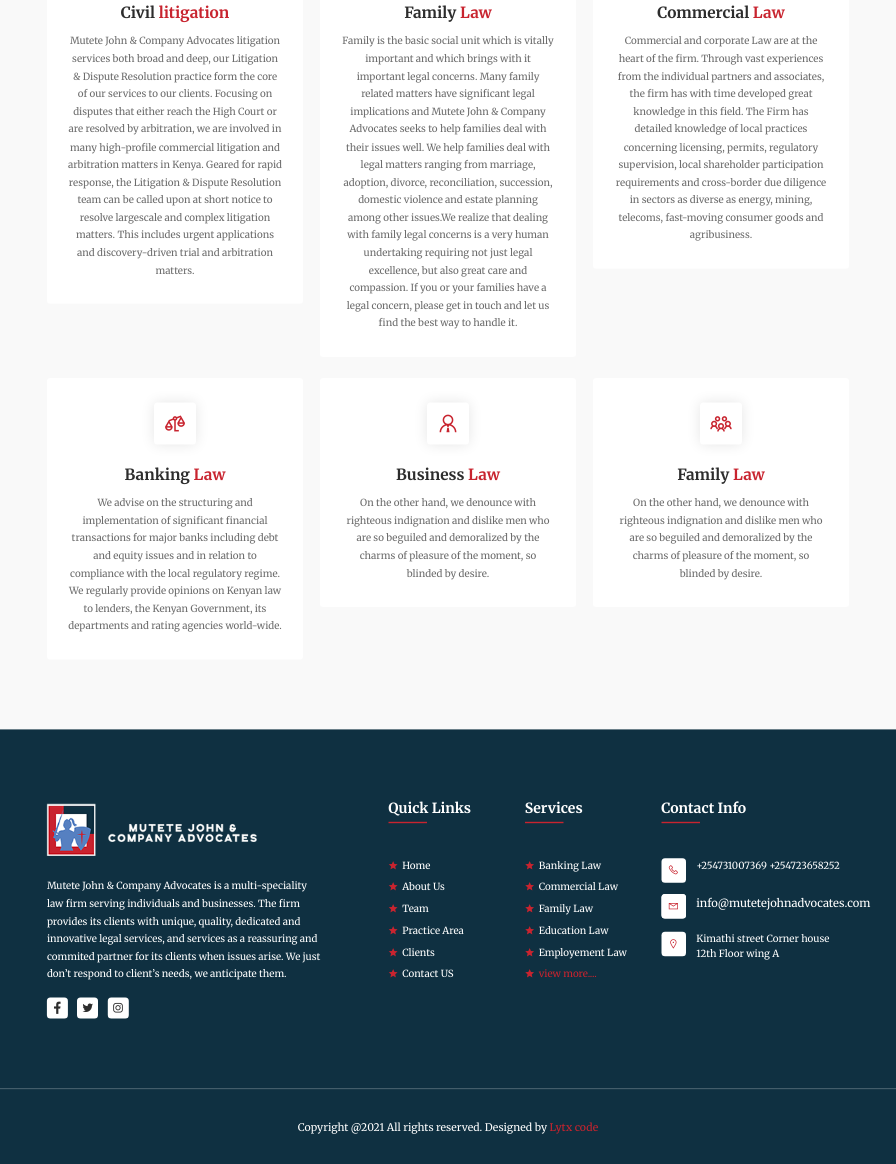
Repository: Samkiroko/mutete_john_website
Page: practice_area.html
An editor plug-in stored every save of this project. The page is shown before and after the next save, followed by the edit.
The browser window is 1280 px wide. The pictures show the part of the page from y = 890 to 2810 px (the page is 2553 px tall before and 2810 px after), at 70% of full size.

Above is the page before, as saved 2021-10-13 15:09:46.

### practice_area.html
<!DOCTYPE html>
<html lang="zxx">

<head>
    <meta charset="UTF-8" />
    <meta name="viewport" content="width=device-width, initial-scale=1.0" />

    <link rel="stylesheet" href="assets/css/bootstrap.min.css" />

    <link rel="stylesheet" href="assets/css/animate.min.css" />

    <link rel="stylesheet" href="assets/css/meanmenu.min.css" />

    <link rel="stylesheet" href="assets/css/line-awesome.min.css" />

    <link rel="stylesheet" href="assets/css/magnific-popup.css" />

    <link rel="stylesheet" href="assets/css/owl.carousel.min.css" />

    <link rel="stylesheet" href="assets/css/owl.theme.default.min.css" />

    <link rel="stylesheet" href="assets/css/odometer.css" />

    <link rel="stylesheet" href="assets/css/style.css" />

    <link rel="stylesheet" href="assets/css/responsive.css" />

    <link rel="apple-touch-icon" sizes="180x180" href="/apple-touch-icon.png" />
    <link rel="icon" type="image/png" sizes="32x32" href="/favicon-32x32.png" />
    <link rel="icon" type="image/png" sizes="16x16" href="/favicon-16x16.png" />
    <link rel="manifest" href="/site.webmanifest" />

    <title>MUTETE JOHN & COMPANY ADVOCATES</title>
</head>

<body>
    <!-- <div class="preloader">
        <div class="d-table">
            <div class="d-table-cell">
                <div class="lds-hourglass"></div>
            </div>
        </div>
    </div> -->

    <header class="header-area">
        <div class="top-header">
            <div class="container">
                <div class="row align-items-center">
                    <div class="col-lg-8 col-sm-8">
                        <ul class="left-info">
                            <li>
                                <a href="mailto:info@mutetejohnadvocates.com">
                                    <i class="las la-envelope"></i>
                                    <span class="__cf_email__">info@mutetejohnadvocates.com</span>
                                </a>
                            </li>
                            <li>
                                <a href="tel:+254731007369"> <i class="las la-phone"></i> +254731007369 </a>/
                                <a href="tel:+254723658252">+254723658252</a>
                            </li>
                        </ul>
                    </div>
                    <div class="col-lg-4 col-sm-4">
                        <ul class="right-info">
                            <li>
                                <a href="#" target="_blank">
                                    <i class="lab la-facebook-f"></i>
                                </a>
                            </li>
                            <li>
                                <a href="#" target="_blank">
                                    <i class="lab la-twitter"></i>
                                </a>
                            </li>
                            <li>
                                <a href="#" target="_blank">
                                    <i class="lab la-instagram"></i>
                                </a>
                            </li>
                            <li>
                                <a href="#" target="_blank">
                                    <i class="lab la-google-plus"></i>
                                </a>
                            </li>
                            <li class="heder-btn">
                                <a href="contact.html">Get A Schedule</a>
                            </li>
                        </ul>
                    </div>
                </div>
            </div>
        </div>

        <div class="navbar-area">
            <div class="atorn-responsive-nav">
                <div class="container">
                    <div class="atorn-responsive-menu">
                        <div class="logo">
                            <a href="index.html">
                                <img src="assets/img/logo.png" alt="logo" />
                            </a>
                        </div>
                    </div>
                </div>
            </div>
            <div class="atorn-nav">
                <div class="container">
                    <nav class="navbar navbar-expand-md navbar-light">
                        <a class="navbar-brand" href="index.html">
                            <img src="assets/img/logo.png" alt="logo" />
                        </a>
                        <div class="collapse navbar-collapse mean-menu">
                            <ul class="navbar-nav ms-auto">
                                <li class="nav-item">
                                    <a href="index.html" class="nav-link"> Home </a>
                                </li>
                                <li class="nav-item">
                                    <a href="about.html" class="nav-link"> About Us </a>
                                </li>
                                <li class="nav-item">
                                    <a href="team.html" class="nav-link"> Team </a>
                                </li>
                                <li class="nav-item active">
                                    <a href="practice_area.html" class="nav-link"> Practice area </a>
                                </li>

                                <li class="nav-item">
                                    <a href="clients.html" class="nav-link"> Clients </a>
                                </li>
                                <li class="nav-item">
                                    <a href="contact.html" class="nav-link"> Contact us </a>
                                </li>
                            </ul>
                        </div>
                    </nav>
                </div>
            </div>
        </div>
    </header>

    <div class="page-banner bg-1">
        <div class="d-table">
            <div class="d-table-cell">
                <div class="container">
                    <div class="page-content">
                        <h2>Services</h2>
                        <ul>
                            <li>
                                <a href="index.html">Home <i class="las la-angle-right"></i></a>
                            </li>
                            <li>Services</li>
                        </ul>
                    </div>
                </div>
            </div>
        </div>
    </div>

    <div class="our-service-area pt-100 pb-70">
        <div class="container">
            <div class="section-title">
                <span>Our Services</span>
                <h2>We Are Providing <span> Top Services</span> With Excellent Performance</h2>
            </div>
            <div class="row">
                <div class="col-lg-4 col-sm-6">
                    <div class="our-service-card">
                        <i class="las la-city"></i>
                        <h3>Civil<span> litigation</span></h3>
                        <p>
                            Mutete John & Company Advocates litigation services both broad and deep, our Litigation & Dispute Resolution practice form the core of our services to our clients. Focusing on disputes that either reach the High Court or are resolved by arbitration, we
                            are involved in many high-profile commercial litigation and arbitration matters in Kenya. Geared for rapid response, the Litigation & Dispute Resolution team can be called upon at short notice to resolve largescale and complex
                            litigation matters. This includes urgent applications and discovery-driven trial and arbitration matters.
                        </p>
                    </div>
                </div>
                <div class="col-lg-4 col-sm-6">
                    <div class="our-service-card">
                        <i class="las la-balance-scale"></i>
                        <h3>Family<span> Law</span></h3>
                        <p>
                            Family is the basic social unit which is vitally important and which brings with it important legal concerns. Many family related matters have significant legal implications and Mutete John & Company Advocates seeks to help families deal with their issues
                            well. We help families deal with legal matters ranging from marriage, adoption, divorce, reconciliation, succession, domestic violence and estate planning among other issues.We realize that dealing with family legal concerns
                            is a very human undertaking requiring not just legal excellence, but also great care and compassion. If you or your families have a legal concern, please get in touch and let us find the best way to handle it.
                        </p>
                    </div>
                </div>
                <div class="col-lg-4 col-sm-6">
                    <div class="our-service-card">
                        <i class="las la-broadcast-tower"></i>
                        <h3>Commercial<span> Law</span></h3>
                        <p>
                            Commercial and corporate Law are at the heart of the firm. Through vast experiences from the individual partners and associates, the firm has with time developed great knowledge in this field. The Firm has detailed knowledge of local practices concerning
                            licensing, permits, regulatory supervision, local shareholder participation requirements and cross-border due diligence in sectors as diverse as energy, mining, telecoms, fast-moving consumer goods and agribusiness.
                        </p>
                    </div>
                </div>
                <div class="col-lg-4 col-sm-6">
                    <div class="our-service-card">
                        <i class="las la-balance-scale-left"></i>
                        <h3>Banking<span> Law</span></h3>
                        <p>
                            We advise on the structuring and implementation of significant financial transactions for major banks including debt and equity issues and in relation to compliance with the local regulatory regime. We regularly provide opinions on Kenyan law to lenders,
                            the Kenyan Government, its departments and rating agencies world-wide.
                        </p>
                    </div>
                </div>
                <div class="col-lg-4 col-sm-6">
                    <div class="our-service-card">
                        <i class="las la-user-tie"></i>
                        <h3>Business<span> Law</span></h3>
                        <p>
                            On the other hand, we denounce with righteous indignation and dislike men who are so beguiled and demoralized by the charms of pleasure of the moment, so blinded by desire.
                        </p>
                    </div>
                </div>
                <div class="col-lg-4 col-sm-6">
                    <div class="our-service-card">
                        <i class="las la-users"></i>
                        <h3>Family<span> Law</span></h3>
                        <p>
                            On the other hand, we denounce with righteous indignation and dislike men who are so beguiled and demoralized by the charms of pleasure of the moment, so blinded by desire.
                        </p>
                    </div>
                </div>
            </div>
        </div>
    </div>

    <footer class="footer-area pt-100 pb-70">
        <div class="container">
            <div class="row">
                <div class="col-lg-5 col-sm-6">
                    <div class="footer-widget">
                        <div class="logo">
                            <img src="assets/img/logo-white.png" alt="logo" />
                        </div>
                        <p>
                            Mutete John & Company Advocates is a multi-speciality law firm serving individuals and businesses. The firm provides its clients with unique, quality, dedicated and innovative legal services, and services as a reassuring and commited partner for its clients
                            when issues arise. We just don’t respond to client’s needs, we anticipate them.
                        </p>
                        <ul class="footer-socials">
                            <li>
                                <a href="#" target="_blank">
                                    <i class="lab la-facebook-f"></i>
                                </a>
                            </li>
                            <li>
                                <a href="#" target="_blank">
                                    <i class="lab la-twitter"></i>
                                </a>
                            </li>
                            <li>
                                <a href="#" target="_blank">
                                    <i class="lab la-instagram"></i>
                                </a>
                            </li>
                        </ul>
                    </div>
                </div>
                <div class="col-lg-2 col-sm-6">
                    <div class="footer-widget">
                        <h3>Quick Links</h3>
                        <ul class="footer-text">
                            <li>
                                <a href="index.html"> <i class="las la-star"></i> Home </a>
                            </li>
                            <li>
                                <a href="about.html"> <i class="las la-star"></i> About Us </a>
                            </li>
                            <li>
                                <a href="team.html"> <i class="las la-star"></i> Team </a>
                            </li>
                            <li>
                                <a href="practice_area.html"> <i class="las la-star"></i> Practice Area </a>
                            </li>
                            <li>
                                <a href="clients.html"> <i class="las la-star"></i> Clients </a>
                            </li>
                            <li>
                                <a href="contact.html"> <i class="las la-star"></i> Contact US </a>
                            </li>
                        </ul>
                    </div>
                </div>
                <div class="col-lg-2 col-sm-6">
                    <div class="footer-widget pl-50">
                        <h3>Services</h3>
                        <ul class="footer-text">
                            <li>
                                <a href="/practice_area.html"> <i class="las la-star"></i> Banking Law </a>
                            </li>
                            <li>
                                <a href="/practice_area.html"> <i class="las la-star"></i> Commercial Law </a>
                            </li>
                            <li>
                                <a href="/practice_area.html"> <i class="las la-star"></i>Family Law</a>
                            </li>
                            <li>
                                <a href="/practice_area.html"> <i class="las la-star"></i> Education Law </a>
                            </li>
                            <li>
                                <a href="/practice_area.html"> <i class="las la-star"></i> Employement Law </a>
                            </li>
                            <li>
                                <a href="/practice_area.html"> <i class="las la-star"></i> <span>view more....</span> </a>
                            </li>
                            <!-- <li>
                                <a href="#"> <i class="las la-star"></i> Intellectual property Law </a>
                            </li>
                            <li>
                                <a href="#"> <i class="las la-star"></i> Debt Collection & Creditor Management Services </a>
                            </li> -->
                        </ul>
                    </div>
                </div>
                <div class="col-lg-3 col-sm-6">
                    <div class="footer-widget">
                        <h3>Contact Info</h3>
                        <ul class="info-list">
                            <li>
                                <i class="las la-phone"></i>
                                <a href="tel:+254731007369">+254731007369</a>
                                <a href="tel:+254723658252"> +254723658252</a>
                            </li>
                            <li>
                                <i class="las la-envelope"></i>
                                <a href="mailto:info@mutetejohnadvocates.com">
                                    <i class="las la-envelope"></i>
                                    <span class="__cf_email__">info@mutetejohnadvocates.com</span>
                                </a>
                            </li>
                            <li><i class="las la-map-marker-alt"></i> Kimathi street Corner house 12th Floor wing A</li>
                        </ul>
                    </div>
                </div>
            </div>
        </div>
    </footer>

    <div class="footer-bottom">
        <div class="container">
            <p>Copyright @2021 All rights reserved. Designed by <a href="https://lytxcode.com/">Lytx code</a></p>
        </div>
    </div>

    <div class="go-top">
        <i class="las la-hand-point-up"></i>
    </div>

    <script data-cfasync="false" src="https://templates.hibootstrap.com/cdn-cgi/scripts/5c5dd728/cloudflare-static/email-decode.min.js"></script>
    <script src="assets/js/jquery.min.js"></script>
    <script src="assets/js/bootstrap.bundle.min.js"></script>

    <script src="assets/js/meanmenu.min.js"></script>

    <script src="assets/js/jquery.magnific-popup.min.js"></script>

    <script src="assets/js/owl.carousel.min.js"></script>

    <script src="assets/js/odometer.min.js"></script>

    <script src="assets/js/jquery.appear.js"></script>

    <script src="assets/js/form-validator.min.js"></script>

    <script src="assets/js/contact-form-script.js"></script>

    <script src="assets/js/jquery.ajaxchimp.min.js"></script>

    <script src="assets/js/custom.js"></script>
</body>

</html>

### assets/css/meanmenu.min.css
/*
MeanMenu 2.0.7
--------
To be used with jquery.meanmenu.js by Chris Wharton (http://www.meanthemes.com/plugins/meanmenu/)
*/
a.meanmenu-reveal{display:none}.mean-container .mean-bar{float:left;width:100%;position:absolute;background:transparent;padding:0 0 0;z-index:999}.mean-container a.meanmenu-reveal{width:35px;height:30px;position:absolute;right:0;cursor:pointer;color:#000;text-decoration:none;font-size:16px;text-indent:-9999em;line-height:22px;font-size:1px;display:block;font-weight:700;padding-top:4px}.mean-container a.meanmenu-reveal span{display:block;background:#000;height:4px;margin-top:-5px;border-radius:3px;position: relative;top: 8px;}.mean-container .mean-nav{float:left;width:100%;background:#fff;margin-top:62px}.mean-container .mean-nav ul{padding:0;margin:0;width:100%;border:none;list-style-type:none}.mean-container .mean-nav ul li{position:relative;float:left;width:100%}.mean-container .mean-nav ul li a i{display:none}.mean-container .mean-nav ul li a{display:block;float:left;width:90%;padding:1em 5% 13px;margin:0;text-align:left;color:#677294;border-top:1px solid #DBEEFD;text-decoration:none}.mean-container .mean-nav ul li a.active{color:#000}.mean-container .mean-nav ul li li a{width:80%;padding:1em 10% 13px;color:#677294;border-top:1px solid #DBEEFD;opacity:1;filter:alpha(opacity=75);text-shadow:none!important;visibility:visible;text-transform:none;font-size:14px}.mean-container .mean-nav ul li.mean-last a{margin-bottom:0}.mean-container .mean-nav ul li li li a{width:70%;padding:1em 15% 13px}.mean-container .mean-nav ul li li li li a{width:60%;padding:1em 20% 13px}.mean-container .mean-nav ul li li li li li a{width:50%;padding:1em 25% 13px}.mean-container .mean-nav ul li a:hover{background:#252525;background:rgba(255,255,255,.1)}.mean-container .mean-nav ul li a.mean-expand{margin-top:1px;width:100%;height:24px;padding:11px!important;text-align:right;position:absolute;right:0;top:0;z-index:2;font-weight:500;background:transparent;border:none!important}.mean-container .mean-push{float:left;width:100%;padding:0;margin:0;clear:both}.mean-nav .wrapper{width:100%;padding:0;margin:0}.mean-container .mean-bar,.mean-container .mean-bar *{-webkit-box-sizing:content-box;-moz-box-sizing:content-box;box-sizing:content-box}.mean-remove{display:none!important}

Loaded but not shown: assets/css/bootstrap.min.css (library); assets/css/animate.min.css (library); assets/css/line-awesome.min.css (library); assets/css/magnific-popup.css (library); assets/css/owl.carousel.min.css (library); assets/css/owl.theme.default.min.css (common file); assets/js/jquery.min.js (library); assets/js/bootstrap.bundle.min.js (library); assets/js/meanmenu.min.js (library); assets/js/jquery.magnific-popup.min.js (library); assets/js/owl.carousel.min.js (library); assets/js/odometer.min.js (library); assets/js/jquery.appear.js (library); assets/js/form-validator.min.js (library); assets/js/jquery.ajaxchimp.min.js (common file); assets/js/custom.js (188 lines, source omitted); assets/js/contact-form-script.js (62 lines, source omitted); assets/css/style.css (4508 lines, source omitted); assets/css/responsive.css (762 lines, source omitted); assets/css/odometer.css (1 lines, source omitted)

After the next save:
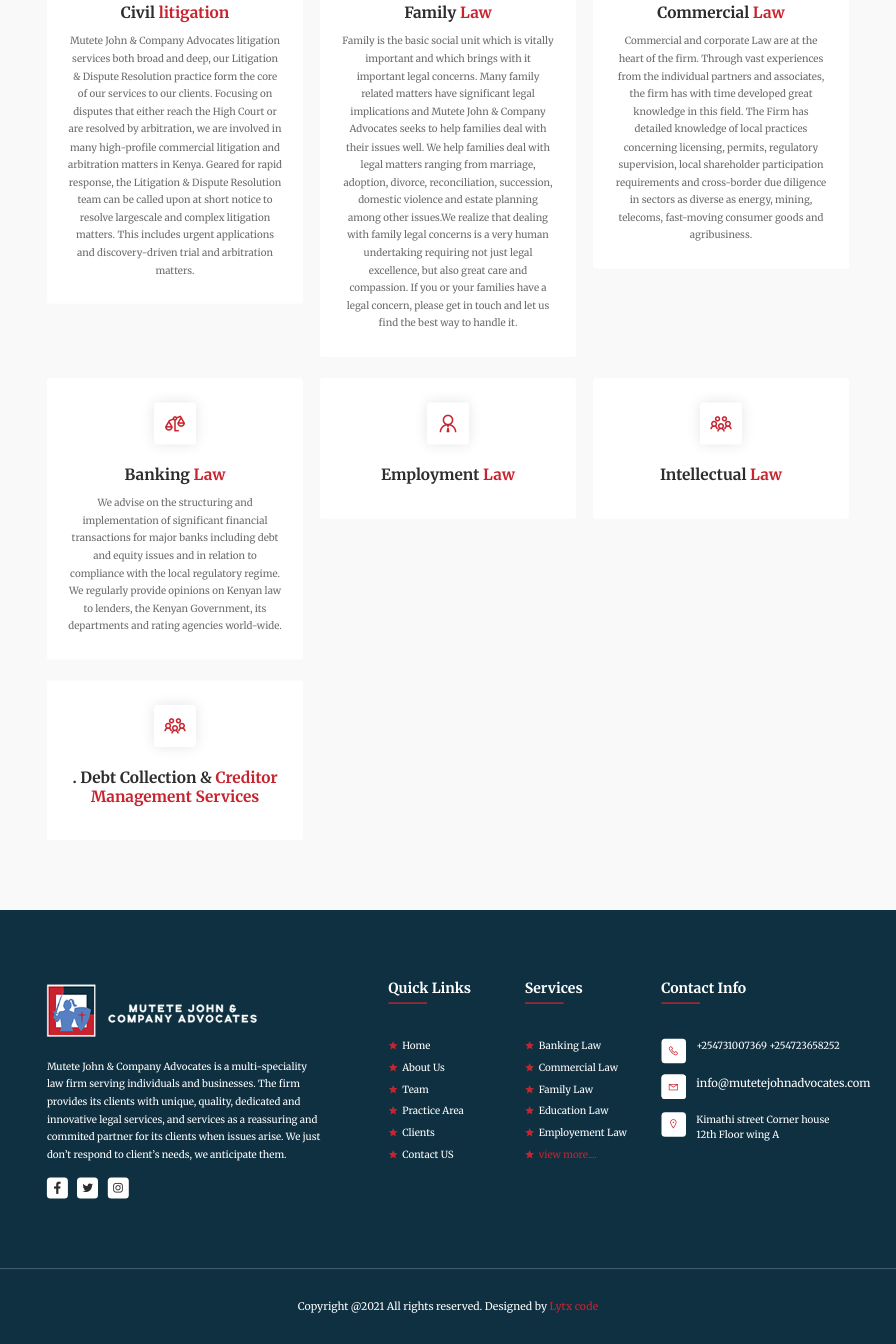
Saved 111 s later.
--- a/practice_area.html
+++ b/practice_area.html
@@ -208,19 +208,19 @@
                 <div class="col-lg-4 col-sm-6">
                     <div class="our-service-card">
                         <i class="las la-user-tie"></i>
-                        <h3>Business<span> Law</span></h3>
-                        <p>
-                            On the other hand, we denounce with righteous indignation and dislike men who are so beguiled and demoralized by the charms of pleasure of the moment, so blinded by desire.
-                        </p>
+                        <h3>Employment<span> Law</span></h3>
                     </div>
                 </div>
                 <div class="col-lg-4 col-sm-6">
                     <div class="our-service-card">
                         <i class="las la-users"></i>
-                        <h3>Family<span> Law</span></h3>
-                        <p>
-                            On the other hand, we denounce with righteous indignation and dislike men who are so beguiled and demoralized by the charms of pleasure of the moment, so blinded by desire.
-                        </p>
+                        <h3>Intellectual<span> Law</span></h3>
+                    </div>
+                </div>
+                <div class="col-lg-4 col-sm-6">
+                    <div class="our-service-card">
+                        <i class="las la-users"></i>
+                        <h3>. Debt Collection & <span> Creditor Management Services</span></h3>
                     </div>
                 </div>
             </div>
